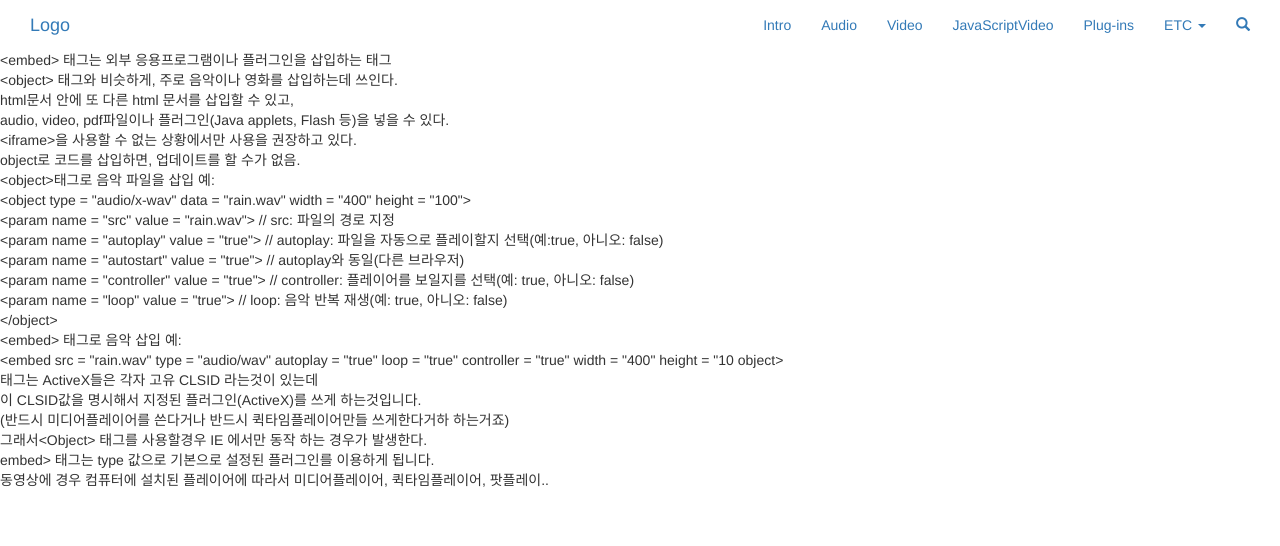
Repository: poomshen/team_03_project2
Page: WebBasic/WebContent/team/Plug-ins.html
These files come from the project's save history. The page is drawn as it stood at one moment and after the next save; the edit follows.
The browser window is 1280 px wide. The pictures show the whole page.

Above is the page before, as saved 2016-09-01 11:06:13.

### WebBasic/WebContent/team/Plug-ins.html
<!DOCTYPE html>
<html>
<head>
<meta charset="UTF-8">
<title>Plug-ins</title>
  <link rel="stylesheet" href="http://maxcdn.bootstrapcdn.com/bootstrap/3.3.7/css/bootstrap.min.css">
   <script src="https://ajax.googleapis.com/ajax/libs/jquery/1.12.4/jquery.min.js"></script>
<script src="http://maxcdn.bootstrapcdn.com/bootstrap/3.3.7/js/bootstrap.min.js"></script>
<style type="text/css">
 .container {
      padding: 80px 120px;
  }
  .person {
      border: 10px solid transparent;
      margin-bottom: 25px;
      width: 80%;
      height: 80%;
      opacity: 0.7;
  }
  .person:hover {
      border-color: #f1f1f1;
  }
  .carousel-inner img {
 /*      -webkit-filter: grayscale(90%); */
      filter: grayscale(100%); /* make all photos black and white  */
      width: 100%; /* Set width to 100% */
      margin: auto;
  }
  .carousel-caption h3 {
      color: #fff !important;
  }
  @media (max-width: 600px) {
    .carousel-caption {
      display: none; /* Hide the carousel text when the screen is less than 600 pixels wide */
    }
  }
</style>
</head>
<body>
  <div class="container-fluid">
    <div class="navbar-header">
      <button type="button" class="navbar-toggle" data-toggle="collapse" data-target="#myNavbar">
        <span class="icon-bar"></span>
        <span class="icon-bar"></span>
        <span class="icon-bar"></span>
      </button>
      <a class="navbar-brand" href="Main.html">Logo</a>
    </div>
    <div class="collapse navbar-collapse" id="myNavbar">
      <ul class="nav navbar-nav navbar-right">
        <li><a href="Intro.html">Intro</a></li>
        <li><a href="audio.html">Audio</a></li>
        <li><a href="video.html">Video</a></li>
        <li><a href="JavaScriptVideo.html">JavaScriptVideo</a></li>
<!--         <li><a href="#Audio">Audio</a></li>   오디오를 배경에 깔아도 될것 같아요-->
        <li><a href="Plug-ins.html">Plug-ins</a></li>
        <li class="dropdown">
          <a class="dropdown-toggle" data-toggle="dropdown" href="#">ETC
          <span class="caret"></span></a>
          <ul class="dropdown-menu">
            <li><a href="YouTube.html">YouTube</a></li>
            <li><a href="YouTube2.html">YouTube2</a></li>
            <li><a href="FileUp.html">FileUpload</a></li>
          </ul>
        </li>
        <li><a href="#"><span class="glyphicon glyphicon-search"></span></a></li>
      </ul>
    </div>
  </div>
	&lt;embed&gt; 태그는 외부 응용프로그램이나 플러그인을 삽입하는 태그
	<br> &lt;object> 태그와 비슷하게, 주로 음악이나 영화를 삽입하는데 쓰인다.
	<br> html문서 안에 또 다른 html 문서를 삽입할 수 있고,
	<br> audio, video, pdf파일이나 플러그인(Java applets, Flash 등)을 넣을 수 있다.
	<br> &lt;iframe>을 사용할 수 없는 상황에서만 사용을 권장하고 있다.
	<br> object로 코드를 삽입하면, 업데이트를 할 수가 없음.
	<br> &lt;object>태그로 음악 파일을 삽입 예:
	<br> &lt;object type = "audio/x-wav" data = "rain.wav" width = "400" height = "100">
	<br> &lt;param name = "src" value = "rain.wav"> // src: 파일의 경로 지정
	<br> &lt;param name = "autoplay" value = "true"> // autoplay: 파일을 자동으로 플레이할지 선택(예:true, 아니오: false)
	<br> &lt;param name = "autostart" value = "true"> // autoplay와 동일(다른 브라우저)
	<br> &lt;param name = "controller" value = "true"> // controller: 플레이어를 보일지를 선택(예: true, 아니오: false)
	<br> &lt;param name = "loop" value = "true"> // loop: 음악 반복 재생(예: true, 아니오: false)
	<br> &lt;/object>
	<br> &lt;embed> 태그로 음악 삽입 예:
	<br> &lt;embed src = "rain.wav" type = "audio/wav" autoplay = "true" loop = "true" controller = "true" width = "400" height = "10 object>
	<br> 태그는 ActiveX들은 각자 고유 CLSID 라는것이 있는데
	<br> 이 CLSID값을 명시해서 지정된 플러그인(ActiveX)를 쓰게 하는것입니다.
	<br> (반드시 미디어플레이어를 쓴다거나 반드시 퀵타임플레이어만들 쓰게한다거하 하는거죠)
	<br> 그래서&lt;Object> 태그를 사용할경우 IE 에서만 동작 하는 경우가 발생한다.
	<br> embed> 태그는 type 값으로 기본으로 설정된 플러그인를 이용하게 됩니다.
	<br> 동영상에 경우 컴퓨터에 설치된 플레이어에 따라서 미디어플레이어, 퀵타임플레이어, 팟플레이..
	<br>
</body>
</html>

After the next save:
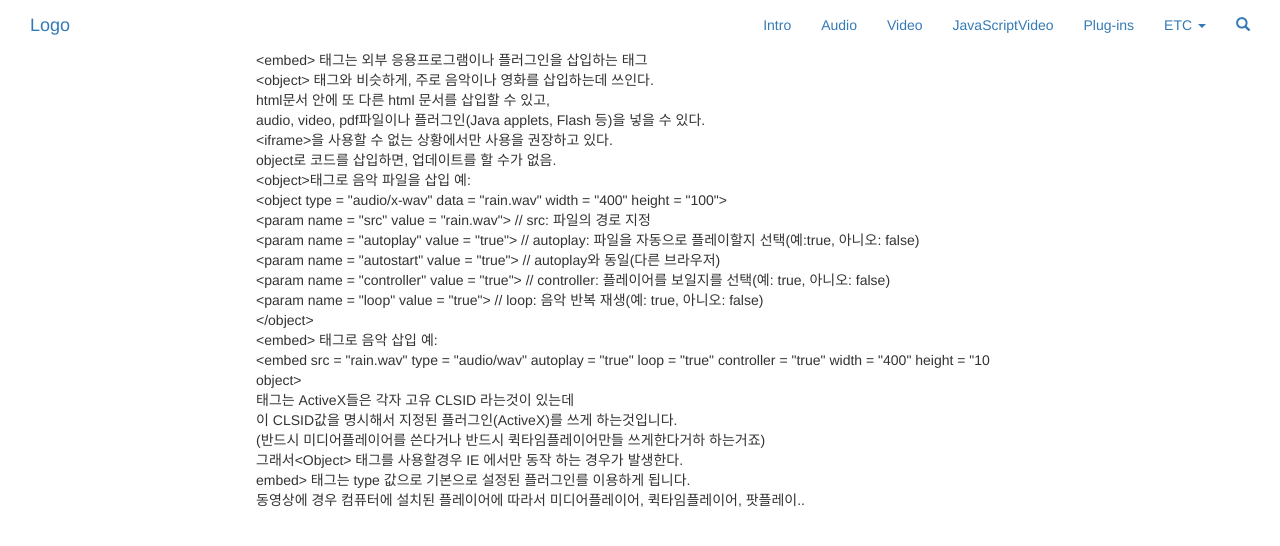
Saved 36 s later.
--- a/WebBasic/WebContent/team/Plug-ins.html
+++ b/WebBasic/WebContent/team/Plug-ins.html
@@ -67,6 +67,8 @@
       </ul>
     </div>
   </div>
+
+  <div id="wrapper" style="margin-left:20%;margin-right:20%;margin-bottom:3%;">
 	&lt;embed&gt; 태그는 외부 응용프로그램이나 플러그인을 삽입하는 태그
 	<br> &lt;object> 태그와 비슷하게, 주로 음악이나 영화를 삽입하는데 쓰인다.
 	<br> html문서 안에 또 다른 html 문서를 삽입할 수 있고,
@@ -90,5 +92,6 @@
 	<br> embed> 태그는 type 값으로 기본으로 설정된 플러그인를 이용하게 됩니다.
 	<br> 동영상에 경우 컴퓨터에 설치된 플레이어에 따라서 미디어플레이어, 퀵타임플레이어, 팟플레이..
 	<br>
+	</div>
 </body>
 </html>
